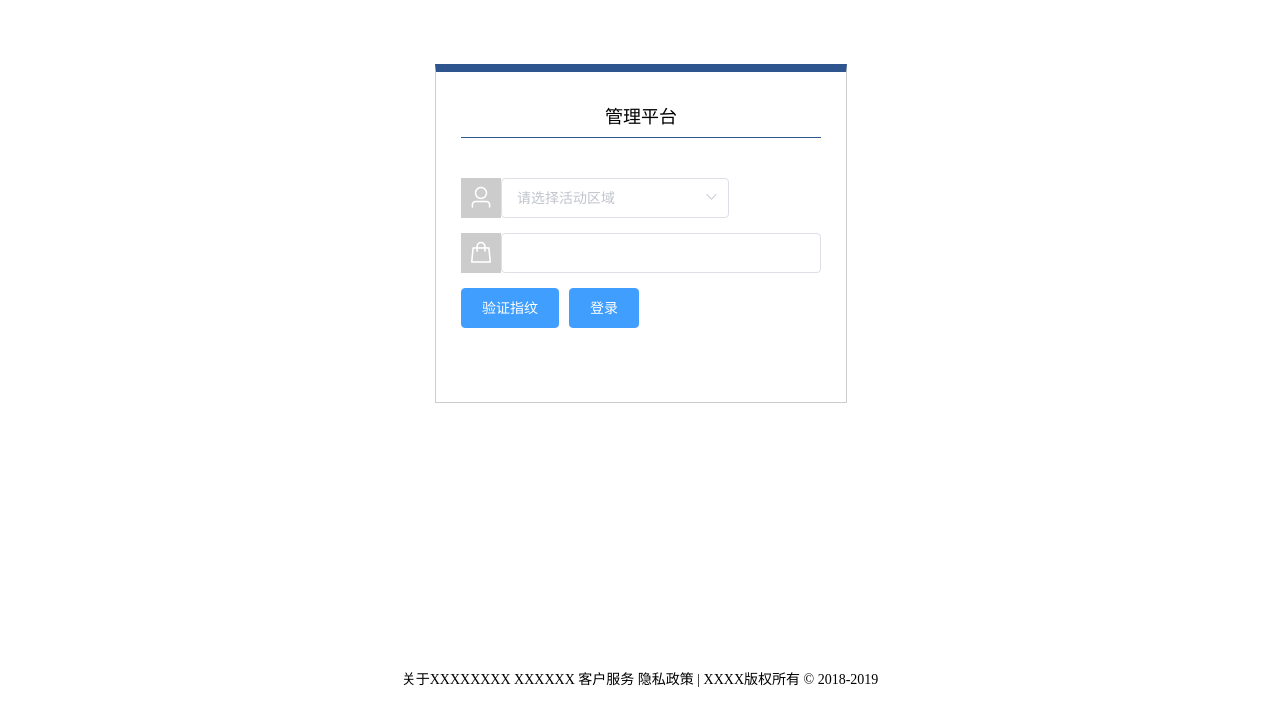
Repository: lff528/man_system
Page: /
These files come from the project's save history. The page is drawn as it stood at one moment and after the next save; the edit follows.
The browser window is 1280 px wide. The pictures show the whole page.
The project was rebuilt for these pictures with package versions that can differ from the ones it lists, and the page was loaded fresh each time.

Above is the page before, as saved 2020-01-03 13:36:12.

After the next save:
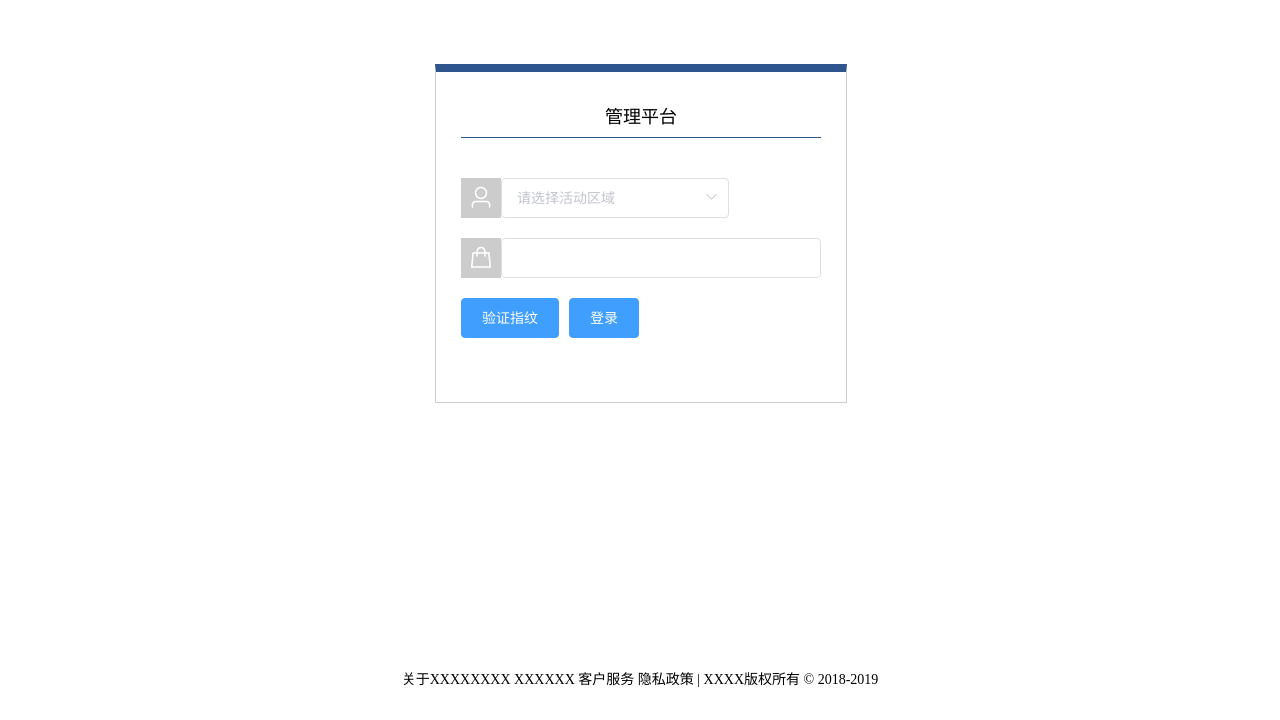
Saved 18 s later.
--- a/src/components/login/index.vue
+++ b/src/components/login/index.vue
@@ -85,7 +85,7 @@ export default {
           }
           .from_box{
             p{
-              margin-top: 15px;
+              margin-top: 20px;
               display: flex;
               span:first-child{
                 display: inline-block;
